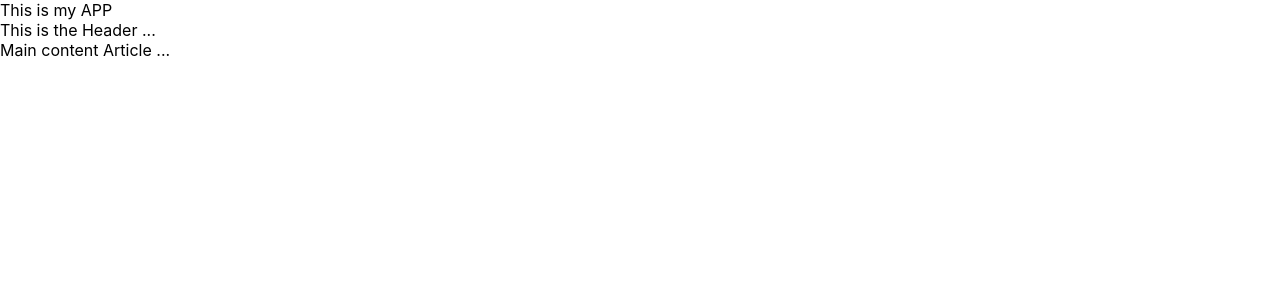
Repository: vnevescode/ui-components-react
Page: /
These files come from the project's save history. The page is drawn as it stood at one moment and after the next save; the edit follows.
The browser window is 1280 px wide. The pictures show the whole page.
The project was rebuilt for these pictures with package versions that can differ from the ones it lists, and the page was loaded fresh each time. Also part of the build but not shown: src/components/Cards/Cards.styles.css, src/components/Cards/Cards.jsx.

Above is the page before, as saved 2022-06-09 22:34:06.

### src/App.js
import React from 'react';
import Cards from './components/Cards/Cards';
import HolyGrailLayout from './components/HolyGrailLayout/HolyGrailLayout';

function App() {
  return (
    <div className="App">
      <div>This is my APP</div>
      <HolyGrailLayout/>
    </div>
  );
}

export default App;

### src/components/HolyGrailLayout/HolyGrailLayout.jsx
import React from 'react'

const HolyGrailLayout = () => {
  return (
    <>
        <div className="container">
            <header>
                {'This is the Header ... '}
            </header>
            <main className='container__main'>
                {/* Left sidebar */}
                <aside className='conteiner__left'>

                </aside>
                {/* Main content */}
                <article className='container__middle'>
                    {' Main content Article ...'}
                </article>

            </main>
        </div>
    </>
  )
}

export default HolyGrailLayout

Loaded but not shown: public/index.html (common file); src/index.js (common file); src/index.css (common file)

After the next save:
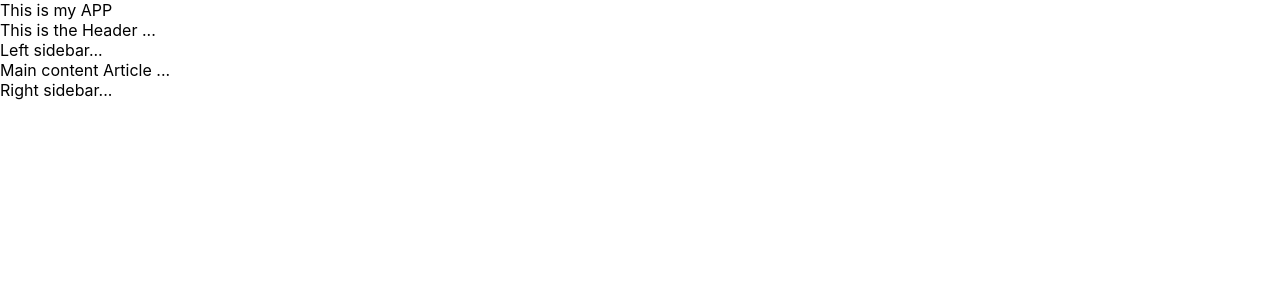
Saved 73 s later.
--- a/src/components/HolyGrailLayout/HolyGrailLayout.jsx
+++ b/src/components/HolyGrailLayout/HolyGrailLayout.jsx
@@ -10,12 +10,17 @@ const HolyGrailLayout = () => {
             <main className='container__main'>
                 {/* Left sidebar */}
                 <aside className='conteiner__left'>
-
+                    {' Left sidebar...'}
                 </aside>
                 {/* Main content */}
                 <article className='container__middle'>
                     {' Main content Article ...'}
                 </article>
+
+                {/* Right sidebar */}
+                <nav className='container__right'>
+                    {' Right sidebar...'}
+                </nav>
 
             </main>
         </div>
